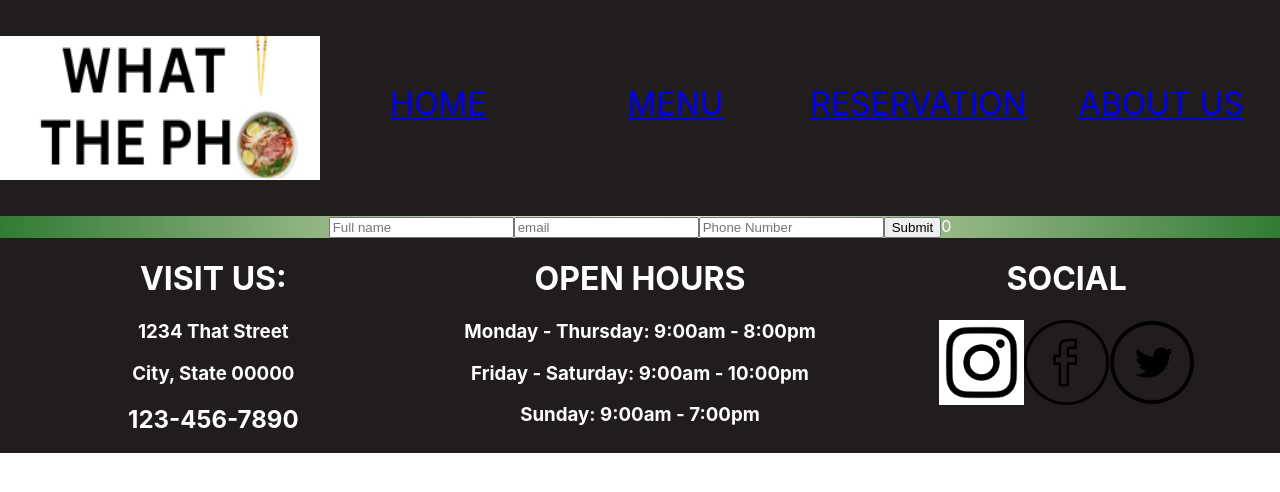
Repository: NguyenkhDang/Restaurant-Website
Page: /reservation
An editor plug-in stored every save of this project. The page is shown before and after the next save, followed by the edit.
The browser window is 1280 px wide. The pictures show the whole page.
The project was rebuilt for these pictures with package versions that can differ from the ones it lists, and the page was loaded fresh each time. Also part of the build but not shown: src/CSS/Readmore.css, src/Readmore.js, src/CSS/SectionContainer.css, src/SectionContainer.js, src/CSS/Home.css, src/Pages/HomePage.js, src/Pages/MenuPage.js, src/Pages/AboutUsPage.js and 1 more.

Above is the page before, as saved 2026-01-18 01:02:03.

### src/index.js
import React from 'react';
import ReactDOM from 'react-dom/client';
import './index.css';
import App from './App';
import reportWebVitals from './reportWebVitals';
import { BrowserRouter } from "react-router-dom";


const root = ReactDOM.createRoot(document.getElementById("root"));
root.render(
  <BrowserRouter>
    <App />
  </BrowserRouter>
);

// If you want to start measuring performance in your app, pass a function
// to log results (for example: reportWebVitals(console.log))
// or send to an analytics endpoint. Learn more: https://bit.ly/CRA-vitals
reportWebVitals();

### src/App.js

import './App.css';

import NavigationBar from './NavigationBar';
import Footer from "./Footer"
import {Routes, Route} from "react-router-dom"



import HomePage from "./Pages/HomePage"
import MenuPage from "./Pages/MenuPage"
import ReservationPage from "./Pages/ReservationPage"
import AboutUsPage from "./Pages/AboutUsPage"
import ContactUsPage from "./Pages/ContactUsPage"

function App() {


  return (
    <div className="home">
      <NavigationBar />

      <Routes>
        <Route path="/" element={<HomePage />} />
        <Route path="/menu" element={<MenuPage />} />
        <Route path="/reservation" element={<ReservationPage />} />
        <Route path="/aboutUs" element={<AboutUsPage />} />
        <Route path="contactUs" element={<ContactUsPage />} />
      </Routes>

      <Footer />
  </div>
);
}

export default App;

### src/App.css
html{
  -ms-overflow-style: none;
  scrollbar-width: none;
}

.home {
  display: grid;
  margin: 0;
  padding: 0;

  background: radial-gradient(
    circle,
    rgba(245, 240, 213, 1) 0%,
    rgba(38, 115, 42, 1) 100%
  );
  place-items: center;
  text-align: center;
  color: white;
}


html::-webkit-scrollbar {
  display: none;
}

### src/NavigationBar.js
import "./CSS/NavigationBar.css"
import Logo from "./image/CustomLogo2.png"
import { Link } from "react-router-dom"
const NavigationBar = () =>{



  return (
    <div className="navbar">
      <div className="logoImage">
        <img src= {Logo} />
      </div>
      <div className="wholeNavBar">
        <ul>
          <li>
            <Link to="/">HOME</Link>
          </li>
          <li>
            <Link to="/menu">MENU</Link>
          </li>
          <li>
            <Link to="/reservation">RESERVATION</Link>
          </li>
          <li>
            <Link to="/aboutUs">ABOUT US</Link>
          </li>
        </ul>

      </div>
    </div>
  )


}

export default NavigationBar

### src/Footer.js
import "./CSS/Footer.css"
import InstagramIcon from "./image/instagramIcon.png"
import FacebookIcon from "./image/facebookIcon.png"
import TwitterIcon from "./image/twitterIcon.png"
const Footer = () =>{

  return(
    <div className="footer">
      <div>
        <h1>VISIT US:</h1>
        <h3>1234 That Street</h3>
        <h3>City, State 00000</h3>

        <h2>123-456-7890</h2>
      </div>
      <div>
        <h1>OPEN HOURS</h1>
        <h3>Monday - Thursday: 9:00am - 8:00pm</h3>
        <h3>Friday - Saturday: 9:00am - 10:00pm</h3>
        <h3>Sunday: 9:00am - 7:00pm</h3>
      </div>
      <div>
        <h1>SOCIAL</h1>
        <a href="https://www.instagram.com/" target="_blank"><img src={InstagramIcon}/></a>
        <a href="https://www.facebook.com/" target="_blank"><img src={FacebookIcon}/></a>
        <a href="https://x.com/" target="_blank"><img src={TwitterIcon}/></a>
      </div>

    </div>
  )

}

export default Footer

### src/Pages/ReservationPage.js
import ReservationForm from "../ReservationForm"


const ReservationPage = () =>{
  return(
    <>
      <ReservationForm />
    </>
  )
}

export default ReservationPage

### src/CSS/NavigationBar.css
.navbar{
  background-color: rgb(34, 29, 29);
  display: grid;
  grid-template-columns: 25% 75%;
  width: 100vw;
  height: 25vh;
  padding-top: 5vh;
}
.wholeMavBar{
  float: right;
  height: 10vh;
}

.logoImage img{
  height: 20vh;
  width: 25vw;
  object-fit: fill;
  object-position: center;
}

ul{
  align-items: center;
  list-style-type: none;
  display: grid;
  place-items: center;
  grid-template-columns: 1fr 1fr 1fr 1fr;
  margin-top: 5%;
  padding: 0;
}
li a{
  font-size: 2em;
  text-align: center;
  padding: 14px 16px;
}

li a:hover{
  background-color: #c5b1b1;
}

### src/CSS/Footer.css
.footer{
  background-color: rgb(34, 29, 29);
  display: grid;
  grid-template-columns: repeat(3, 1fr);
  width: 100vw;
}

.footer img{
  width: 20%;
}

### src/ReservationForm.js
import { useRef, useState } from "react"

const ReservationForm = () =>{

  const [phoneNumberLength, setPhoneNumberLength] = useState("")
  const [parenthesesCheck, setParenthesesCheck] = useState(true)
  const formRef= useRef(null)


  const PhoneNumber = (e) =>{

    if (e.key === "Backspace ") {
      let currentValue = e.target.value;
      let newText = currentValue.slice(0,-1);
      setPhoneNumberLength(newText)
      if (phoneNumberLength.length == 4){
        setPhoneNumberLength(phoneNumberLength.slice(1))
        setParenthesesCheck(true)
      }
    }
    setPhoneNumberLength(e.target.value)
    if (phoneNumberLength.length >= 3 && parenthesesCheck){
      setPhoneNumberLength(e.target.value)
      setPhoneNumberLength("(" + phoneNumberLength + ")")
      setParenthesesCheck(false)
    }
  }


  const handleSubmit = (e)=>{

    e.preventDefault();
    const url = "https://script.google.com/macros/s/AKfycbx0FabLb-KOBm8n_JP2SJcp21AE1aox7vxr3D2p_FfrtZs8dIHl3N9UMOriMfEaySY/exec"

    fetch(url,{
      method:"POST",
      body: new FormData(formRef.current)
    } ).then(() => {
      alert("Reservation Submitted ");
    }).catch((error) => console.log(error))
  };

  return (
    <form className="form" ref = {formRef} onSubmit={handleSubmit}>
      <input
        type="text"
        name="Name"
        placeholder="Full name"
        required
      />

      <input
        type="email"
        name="Email"
        placeholder="email"
        required
      />

      <input
        type="text"
        name="Phone"
        value={phoneNumberLength}
        onChange={PhoneNumber}
        placeholder="Phone Number"/>
      <button>Submit</button>
      {phoneNumberLength}{phoneNumberLength.length}
    </form>

  )
}

export default ReservationForm

Loaded but not shown: public/index.html (common file); src/index.css (common file); src/reportWebVitals.js (common file)

After the next save:
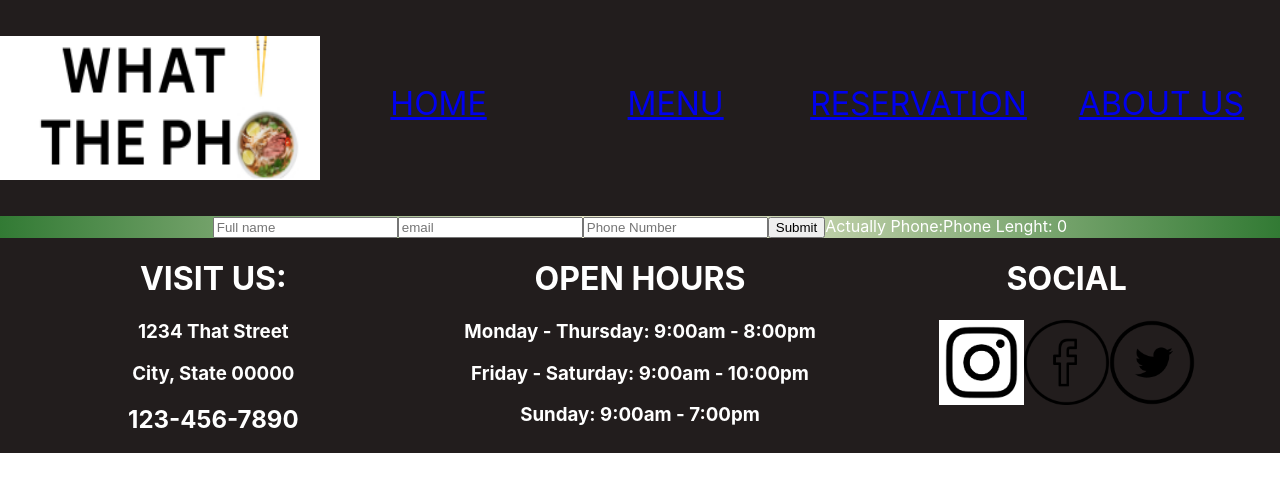
Saved 35 s later.
--- a/src/ReservationForm.js
+++ b/src/ReservationForm.js
@@ -63,7 +63,8 @@ const ReservationForm = () =>{
         onChange={PhoneNumber}
         placeholder="Phone Number"/>
       <button>Submit</button>
-      {phoneNumberLength}{phoneNumberLength.length}
+      Actually Phone:{phoneNumberLength}
+      Phone Lenght: {phoneNumberLength.length}
     </form>
 
   )
